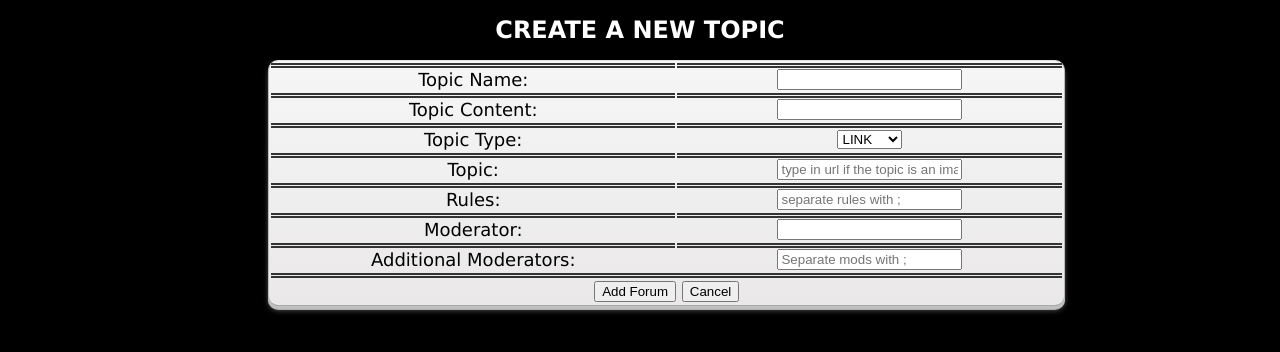
Repository: SuvakovSrdjan/WebForum
Page: http://localhost/Simple-web-forum/AddTopic.jsp
These files come from the project's save history. The page is drawn as it stood at one moment and after the next save; the edit follows.
The browser window is 1280 px wide. The pictures show the whole page.
The page is served by Tomcat 9. Other server files are loaded and not shown.

Above is the page before, as saved 2017-09-11 22:19:36.

### Simple-web-forum/WebContent/AddTopic.jsp
<%@ page language="java" contentType="text/html; charset=UTF-8"
    pageEncoding="UTF-8"%>
<!DOCTYPE html PUBLIC "-//W3C//DTD HTML 4.01 Transitional//EN" "http://www.w3.org/TR/html4/loose.dtd">
<html>
<head>
<meta http-equiv="Content-Type" content="text/html; charset=UTF-8">
<title>A new plight for otaku</title>
<link rel="stylesheet" type="text/css" href="WEB-SRC/StyleSettings.css">
</head>
<body>
<h1>CREATE A NEW TOPIC</h1>

	<form style="padding-left: 260px" name="forumForm" method="post" action="AddTopicServlet">
		<table>
			<tr>
				<td>Topic Name:</td>
				<td><input type="text" name="topicName"></td>
			</tr>
			<tr>
				<td>Topic Content:</td>
				<td><input height="30px" type="text" name="topicContent"></td>
			</tr>
			<tr>
				<td>Topic Type:</td>
				<td><select name="topicType">
						<option value="0">LINK</option>
						<option value="1">IMAGE</option>
						<option value="2">TEXT</option>
				</select></td>
			</tr>
			<tr>
				<td>Topic:</td>
				<td><input type="text" placeholder="type in url if the topic is an image or a site" name="topicUrl"></td>
			</tr>
			<tr>
				<td>Rules:</td>
				<td><input type="text" placeholder="separate rules with ;" name="ruleList"></td>
			</tr>
			<tr>
				<td>Moderator:</td>
				<td><input type="text" name="modInChief"></td>
			</tr>
			<tr>
				<td>Additional Moderators:</td>
				<td><input type="text" placeholder="Separate mods with ; " name="plebMods"></td>
			</tr>
			<tr>
				<td colspan='2'><input type="submit" name="AddSubforum" value="Add Forum">
				<input type="submit" name="Cancel" value="Cancel">
			</tr>
		</table>
</form>

</body>
</html>

### Simple-web-forum/WebContent/WEB-SRC/StyleSettings.css
@charset "UTF-8";
body {
	background-color: activecaption;
	font: 12px Lucida sans, Arial, Helvetica, sans-serif;
	color: #333;
	text-align: center;
}

h1 {
	color: white;
}

ul {
	list-style-type:none;
    background-color: #444444;
	background-image: -webkit-gradient(linear, left top, left bottom, from(#444444), to(#eae8e8));
	background-image: -webkit-linear-gradient(top, #f6f6f6, #eae8e8);
	background-image: -moz-linear-gradient(top, #444444, #eae8e8);
	background-image: -ms-linear-gradient(top, #f6f6f6, #eae8e8);
	background-image: -o-linear-gradient(top, #f6f6f6, #eae8e8);
	background-image: linear-gradient(top, #f6f6f6, #eae8e8);
	border-color: #dedede #bababa #aaa #bababa;
	border-style: solid;
	border-width: 1px;
	-webkit-border-radius: 10px;
	-moz-border-radius: 10px;
	border-radius: 10px;
	-webkit-box-shadow: 0 3px 3px rgba(255,255,255,.1), 0 3px 0 #bbb, 0 4px 0 #aaa, 0 5px 5px #444;
	-moz-box-shadow: 0 3px 3px rgba(255,255,255,.1), 0 3px 0 #bbb, 0 4px 0 #aaa, 0 5px 5px #444;
	box-shadow: 0 3px 3px rgba(255,255,255,.1), 0 3px 0 #bbb, 0 4px 0 #aaa, 0 5px 5px #444;




    overflow: auto; /* Enable scrolling if the sidenav has too much content */
}
li {
   float: left;
   background-color: #444444;
	background-image: -webkit-gradient(linear, left top, left bottom, from(#444444), to(#eae8e8));
	background-image: -webkit-linear-gradient(top, #f6f6f6, #eae8e8);
	background-image: -moz-linear-gradient(top, #444444, #eae8e8);
	background-image: -ms-linear-gradient(top, #f6f6f6, #eae8e8);
	background-image: -o-linear-gradient(top, #f6f6f6, #eae8e8);
	background-image: linear-gradient(top, #f6f6f6, #eae8e8);
	border-color: #dedede #bababa #aaa #bababa;
	border-style: solid;
	border-width: 1px;
	-webkit-border-radius: 10px;
	-moz-border-radius: 10px;
	border-radius: 10px;
	-webkit-box-shadow: 0 3px 3px rgba(255,255,255,.1), 0 3px 0 #bbb, 0 4px 0 #aaa, 0 5px 5px #444;
	-moz-box-shadow: 0 3px 3px rgba(255,255,255,.1), 0 3px 0 #bbb, 0 4px 0 #aaa, 0 5px 5px #444;
	box-shadow: 0 3px 3px rgba(255,255,255,.1), 0 3px 0 #bbb, 0 4px 0 #aaa, 0 5px 5px #444;

	overflow: hidden;
	padding: 2px;
}
li:last-child {
    border-right-style: none;
    border-left-style: inset;
    border-left-color: #111111;
    float:right;
}
a {
    display: block;
    padding: 17px;
    background-color: #333333;
}

table{
		list-style-type:none;
    background-color: #444444;
	background-image: -webkit-gradient(linear, left top, left bottom, from(#444444), to(#eae8e8));
	background-image: -webkit-linear-gradient(top, #f6f6f6, #eae8e8);
	background-image: -moz-linear-gradient(top, #444444, #eae8e8);
	background-image: -ms-linear-gradient(top, #f6f6f6, #eae8e8);
	background-image: -o-linear-gradient(top, #f6f6f6, #eae8e8);
	background-image: linear-gradient(top, #f6f6f6, #eae8e8);
	border-color: #dedede #bababa #aaa #bababa;
	border-style: solid;
	border-width: 1px;
	-webkit-border-radius: 10px;
	-moz-border-radius: 10px;
	border-radius: 10px;
	-webkit-box-shadow: 0 3px 3px rgba(255,255,255,.1), 0 3px 0 #bbb, 0 4px 0 #aaa, 0 5px 5px #444;
	-moz-box-shadow: 0 3px 3px rgba(255,255,255,.1), 0 3px 0 #bbb, 0 4px 0 #aaa, 0 5px 5px #444;
	box-shadow: 0 3px 3px rgba(255,255,255,.1), 0 3px 0 #bbb, 0 4px 0 #aaa, 0 5px 5px #444;
	font-size:20;



    overflow: auto; /* Enable scrolling if the sidenav has too much content */
}
 td {
 	background-color: light-yellow;
 	Width: auto;
	Height: auto;
    border-style: none;
    border-top: thick double #333333;
    padding-left:100px;
	padding-right:100px;
	color: black;
	font-size: large;
 }
th {
 	background-color: light-yellow;
 	Width: 100%;
	Height: auto;
	font-size: large;
    border-style: none;
 }

header {
    background-color: #84e3e9;
    padding: 20px 0;
    padding-left:50px;
	padding-right:50px;
}
a:link {
    color: white;
    text-decoration: none;
    font-style: oblique;
}

/* visited link */
a:visited {
    color: white;
    text-decoration: none;
    font-style: oblique;
}

/* mouse over link */
a:hover {
    background-color: #31b2c3;
	background-image: -webkit-gradient(linear, left top, left bottom, from(#0483a0), to(#31b2c3));
	background-image: -webkit-linear-gradient(top, #0483a0, #31b2c3);
	background-image: -moz-linear-gradient(top, #0483a0, #31b2c3);
	background-image: -ms-linear-gradient(top, #0483a0, #31b2c3);
	background-image: -o-linear-gradient(top, #0483a0, #31b2c3);
	background-image: linear-gradient(top, #0483a0, #31b2c3);
}

/* selected link */
a:active {
    -webkit-box-shadow: 0 1px 4px rgba(0, 0, 0, 0.5) inset;
	-moz-box-shadow: 0 1px 4px rgba(0, 0, 0, 0.5) inset;
	box-shadow: 0 1px 4px rgba(0, 0, 0, 0.5) inset;
	outline: 0;
}


.form-wrapper {
	background-color: #444444;
	background-image: -webkit-gradient(linear, left top, left bottom, from(#444444), to(#eae8e8));
	background-image: -webkit-linear-gradient(top, #f6f6f6, #eae8e8);
	background-image: -moz-linear-gradient(top, #444444, #eae8e8);
	background-image: -ms-linear-gradient(top, #f6f6f6, #eae8e8);
	background-image: -o-linear-gradient(top, #f6f6f6, #eae8e8);
	background-image: linear-gradient(top, #f6f6f6, #eae8e8);
	border-color: #dedede #bababa #aaa #bababa;
	border-style: solid;
	border-width: 1px;
	-webkit-border-radius: 10px;
	-moz-border-radius: 10px;
	border-radius: 10px;
	-webkit-box-shadow: 0 3px 3px rgba(255,255,255,.1), 0 3px 0 #bbb, 0 4px 0 #aaa, 0 5px 5px #444;
	-moz-box-shadow: 0 3px 3px rgba(255,255,255,.1), 0 3px 0 #bbb, 0 4px 0 #aaa, 0 5px 5px #444;
	box-shadow: 0 3px 3px rgba(255,255,255,.1), 0 3px 0 #bbb, 0 4px 0 #aaa, 0 5px 5px #444;

	overflow: hidden;
	padding: 2px;
	width: 450px;
}

.form-wrapper #search {
	border: 1px solid #;
	-webkit-box-shadow: 0 1px 1px #ddd inset, 0 1px 0 #FFF;
	-moz-box-shadow: 0 1px 1px #ddd inset, 0 1px 0 #FFF;
	box-shadow: 0 1px 1px #ddd inset, 0 1px 0 #FFF;
	-webkit-border-radius: 3px;
	-moz-border-radius: 3px;
	border-radius: 3px;
  color: #999;
	float: left;
	font: 16px Lucida Sans, Trebuchet MS, Tahoma, sans-serif;
	height: 12px;
	padding: 10px;
	width: 320px;
}
form{
	float: left;
}

.form-wrapper #search:focus {
	border-color: #aaa;
	-webkit-box-shadow: 0 1px 1px #bbb inset;
	-moz-box-shadow: 0 1px 1px #bbb inset;
	box-shadow: 0 1px 1px #bbb inset;
	outline: 0;
}

.form-wrapper #search:-moz-placeholder,
.form-wrapper #search:-ms-input-placeholder,
.form-wrapper #search::-webkit-input-placeholder {
	color: #999;
	font-weight: normal;
}

.form-wrapper #submit {
	background-color: #0483a0;
	background-image: -webkit-gradient(linear, left top, left bottom, from(#31b2c3), to(#0483a0));
	background-image: -webkit-linear-gradient(top, #31b2c3, #0483a0);
	background-image: -moz-linear-gradient(top, #31b2c3, #0483a0);
	background-image: -ms-linear-gradient(top, #31b2c3, #0483a0);
	background-image: -o-linear-gradient(top, #31b2c3, #0483a0);
	background-image: linear-gradient(top, #31b2c3, #0483a0);
	border: 1px solid #00748f;
	-moz-border-radius: 3px;
	-webkit-border-radius: 3px;
	border-radius: 3px;
	-webkit-box-shadow: 0 1px 0 rgba(255, 255, 255, 0.3) inset, 0 1px 0 #FFF;
	-moz-box-shadow: 0 1px 0 rgba(255, 255, 255, 0.3) inset, 0 1px 0 #FFF;
	box-shadow: 0 1px 0 rgba(255, 255, 255, 0.3) inset, 0 1px 0 #FFF;
	color: #fafafa;
	cursor: pointer;
	height: 42px;
	float: right;
	font: 15px Arial, Helvetica;
	padding: 0;
	text-transform: uppercase;
	text-shadow: 0 1px 0 rgba(0, 0 ,0, .3);
	width: 100px;
}

.form-wrapper #submit:hover,
.form-wrapper #submit:focus {
	background-color: #31b2c3;
	background-image: -webkit-gradient(linear, left top, left bottom, from(#0483a0), to(#31b2c3));
	background-image: -webkit-linear-gradient(top, #0483a0, #31b2c3);
	background-image: -moz-linear-gradient(top, #0483a0, #31b2c3);
	background-image: -ms-linear-gradient(top, #0483a0, #31b2c3);
	background-image: -o-linear-gradient(top, #0483a0, #31b2c3);
	background-image: linear-gradient(top, #0483a0, #31b2c3);
}

.form-wrapper #submit:active {
	-webkit-box-shadow: 0 1px 4px rgba(0, 0, 0, 0.5) inset;
	-moz-box-shadow: 0 1px 4px rgba(0, 0, 0, 0.5) inset;
	box-shadow: 0 1px 4px rgba(0, 0, 0, 0.5) inset;
	outline: 0;
}

.form-wrapper #submit::-moz-focus-inner {
	border: 0;
}

After the next save:
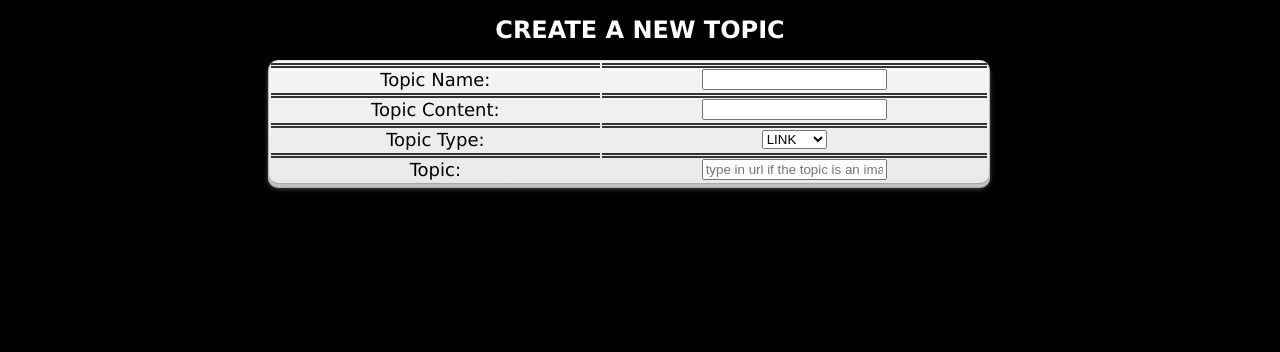
Saved 10 min 2 s later.
--- a/Simple-web-forum/WebContent/AddTopic.jsp
+++ b/Simple-web-forum/WebContent/AddTopic.jsp
@@ -32,22 +32,6 @@
 				<td>Topic:</td>
 				<td><input type="text" placeholder="type in url if the topic is an image or a site" name="topicUrl"></td>
 			</tr>
-			<tr>
-				<td>Rules:</td>
-				<td><input type="text" placeholder="separate rules with ;" name="ruleList"></td>
-			</tr>
-			<tr>
-				<td>Moderator:</td>
-				<td><input type="text" name="modInChief"></td>
-			</tr>
-			<tr>
-				<td>Additional Moderators:</td>
-				<td><input type="text" placeholder="Separate mods with ; " name="plebMods"></td>
-			</tr>
-			<tr>
-				<td colspan='2'><input type="submit" name="AddSubforum" value="Add Forum">
-				<input type="submit" name="Cancel" value="Cancel">
-			</tr>
 		</table>
 </form>
 
